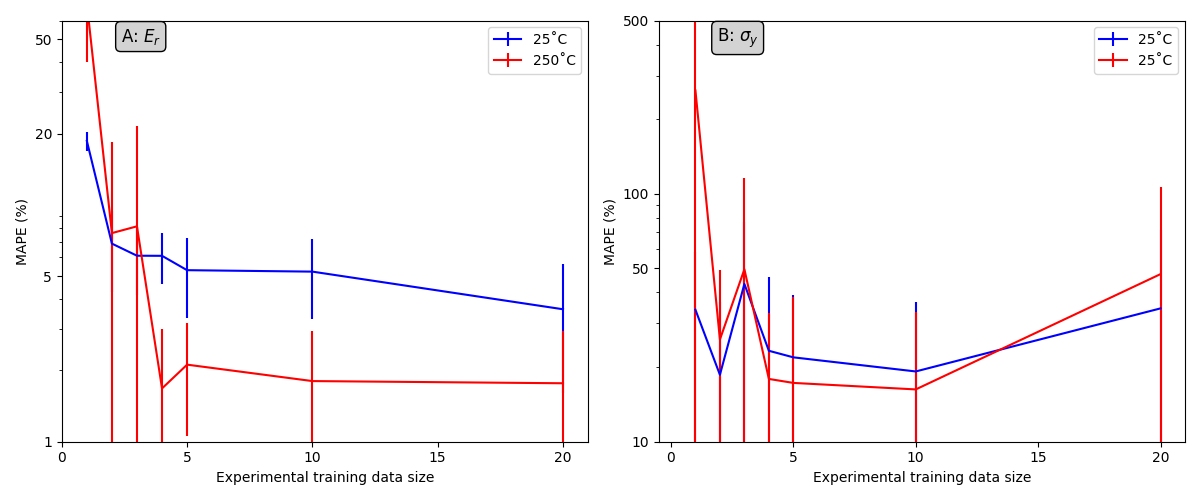
Repository: JoeSpencer1/temperature-dependant
Script's output: python src/figures.py
An editor plug-in stored every save of this project. The script's output is shown before and after the next save, followed by the edit.
Random numbers start from a fixed seed.

Above is the script's output before, as saved 2023-10-29 11:46:14.

### src/figures.py
import numpy as np
import matplotlib.pyplot as plt

n = [1, 2, 3, 4, 5, 10, 20]
n1 = n
# 25˚C
Ti25E = [18.619205, 6.8593493, 6.0983825, 6.091887, 5.298505, 5.2244196, 3.6239312]
εTi25E = [1.6743975, 2.5646875, 1.9379541, 1.4813129, 1.9537387, 1.9212662, 2.01604]
Ti25σ = [34.068943, 18.617916, 43.272, 23.271488, 21.895184, 19.204937, 34.49958]
εTi25σ = [24.325975, 18.127224, 33.714092, 22.803173, 17.10482, 17.321714, 36.6192]
# 250˚C
Ti250E = [70.95709, 7.5985556, 8.114405, 1.6784289, 2.1151547, 1.8030748, 1.7651669]
εTi250E = [31.052818, 10.786752, 13.492649, 1.3040054, 1.0622171, 1.1414853, 1.182222]
Ti250σ = [261.21823, 25.825928, 49.60928, 17.916042, 17.266216, 16.254345, 47.430775]
εTi250σ = [270.2345, 23.495884, 65.91791, 15.266485, 21.114838, 16.953184, 59.20635]

fig, (ax1, ax2) = plt.subplots(1, 2, figsize=(12, 5))
ax1.errorbar(n, Ti25E, yerr = εTi25E, color = 'blue', label = "25˚C")
ax1.errorbar(n, Ti250E, yerr = εTi250E, color = 'red', label = "250˚C")
ax1.set_yscale('log')
ax1.set_ylim([1, 60])
ax1.set_xlim([0, 21])
ax1.set_xticks([0, 5, 10, 15, 20])
ax1.set_yticks([1, 5, 20, 50])
ax1.set_yticklabels([1, 5, 20, 50])
ax1.legend()
ax1.set_ylabel("MAPE (%)")
ax1.set_xlabel("Experimental training data size")
ax1.annotate("A: $E_{r}$", xy=(0.15, 0.95), xycoords="axes fraction",
              fontsize=12, ha="center",
              bbox=dict(boxstyle="round,pad=0.3", edgecolor="black", facecolor="lightgray"))

ax2.errorbar(n1, Ti25σ, yerr = εTi25σ, color = 'blue', label = "25˚C")
ax2.errorbar(n1, Ti250σ, yerr = εTi250σ, color = 'red', label = "25˚C")
ax2.set_yscale('log')
ax2.set_ylim([10, 500])
ax2.set_xlim([-0.5, 21])
ax2.set_xticks([0, 5, 10, 15, 20])
ax2.set_yticks([10, 50, 100, 500])
ax2.set_yticklabels([10, 50, 100, 500])
ax2.legend()
ax2.set_ylabel("MAPE (%)")
ax2.set_xlabel("Experimental training data size")
plt.subplots_adjust(bottom=0.180)
fig.tight_layout()
ax2.annotate("B: $\sigma_{y}$", xy=(0.15, 0.95), xycoords="axes fraction",
              fontsize=12, ha="center",
              bbox=dict(boxstyle="round,pad=0.3", edgecolor="black", facecolor="lightgray"))
plt.savefig("/Users/Joe/Desktop/figure1.jpeg", dpi=800, bbox_inches="tight")
plt.show()

After the next save:
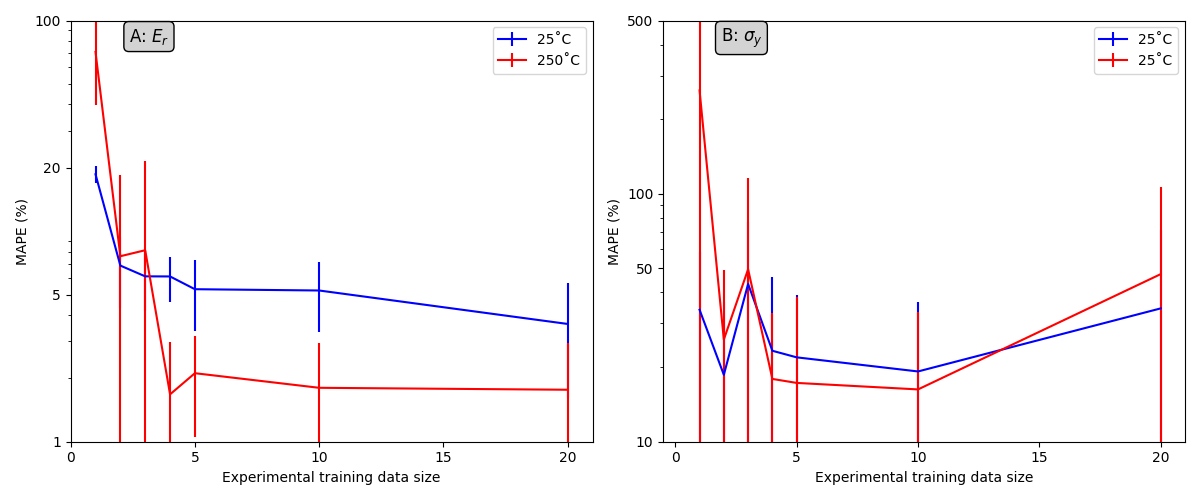
Saved 48 s later.
--- a/src/figures.py
+++ b/src/figures.py
@@ -18,11 +18,11 @@ fig, (ax1, ax2) = plt.subplots(1, 2, figsize=(12, 5))
 ax1.errorbar(n, Ti25E, yerr = εTi25E, color = 'blue', label = "25˚C")
 ax1.errorbar(n, Ti250E, yerr = εTi250E, color = 'red', label = "250˚C")
 ax1.set_yscale('log')
-ax1.set_ylim([1, 60])
+ax1.set_ylim([1, 100])
 ax1.set_xlim([0, 21])
 ax1.set_xticks([0, 5, 10, 15, 20])
-ax1.set_yticks([1, 5, 20, 50])
-ax1.set_yticklabels([1, 5, 20, 50])
+ax1.set_yticks([1, 5, 20, 100])
+ax1.set_yticklabels([1, 5, 20, 100])
 ax1.legend()
 ax1.set_ylabel("MAPE (%)")
 ax1.set_xlabel("Experimental training data size")
